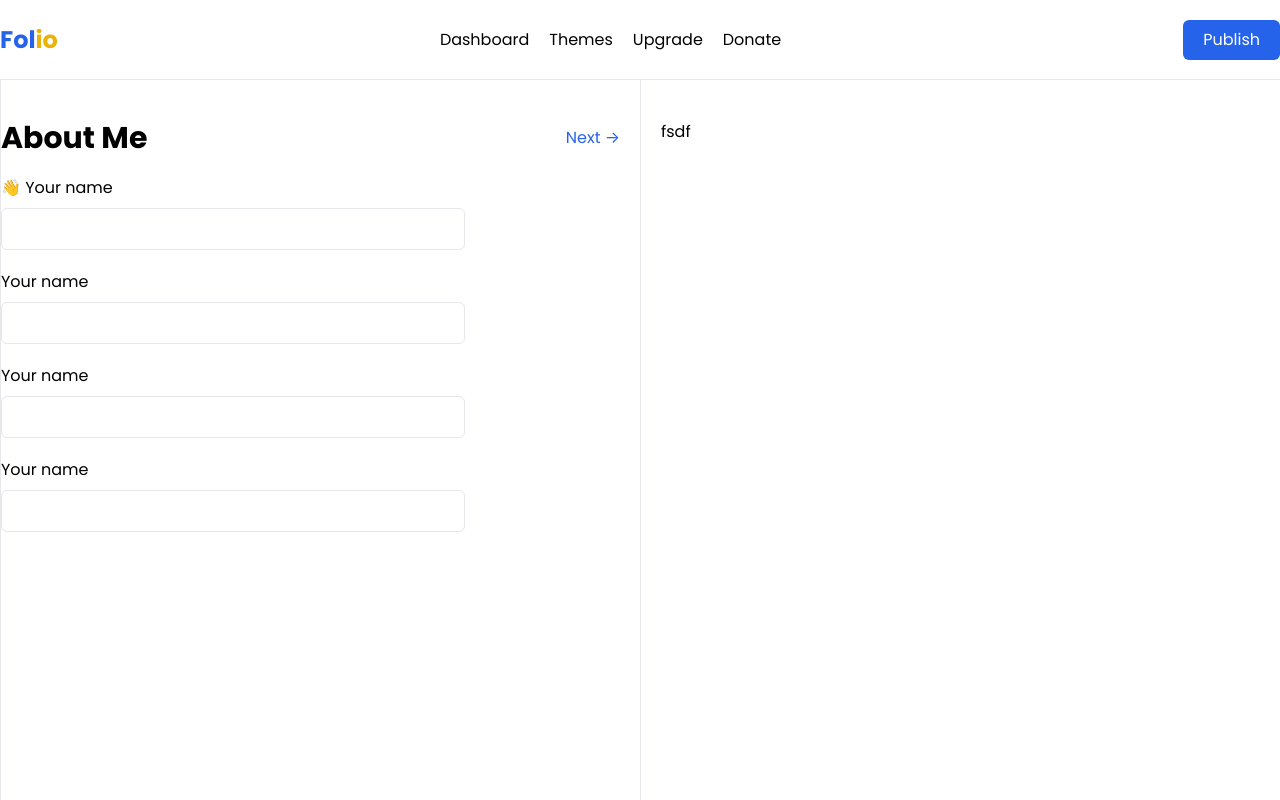
Repository: langford-dev/follio
Page: /
The author's editor kept a copy of each file at every save. The page is drawn from the files as they stood at one save, then again after the next save.
The browser window is 1280 px wide. The pictures show the whole page.
The project was rebuilt for these pictures with package versions that can differ from the ones it lists, and the page was loaded fresh each time. The framework's server and built-in components were replaced by stand-ins that run in the browser. Also part of the build but not shown: next.config.js, components/pageView.js.

Above is the page before, as saved 2022-03-19 11:01:19.

### pages/_app.js
import { AppProvider } from '../context/context'
import '../styles/globals.css'

function MyApp({ Component, pageProps }) {
  return <AppProvider>
    <Component {...pageProps} />
  </AppProvider>
}

export default MyApp

### pages/index.js
import EditView from '../components/body'
import Header from '../components/header'

export default function Home() {
  return <div>
    <Header />
    <EditView />
  </div>
}

### context/context.js
import { createContext, useEffect } from "react"

export const AppContext = createContext()

export const AppProvider = ({ children }) => {
    return <AppContext.Provider>
        {children}
    </AppContext.Provider>
}

### styles/globals.css
@import url('https://fonts.googleapis.com/css2?family=Poppins:wght@300;400;500;600;700;800&display=swap');

@tailwind base;
@tailwind components;
@tailwind utilities;


html,
body {
  /* background: #e2e8f013; */
  padding: 0;
  margin: 0;
}

a {
  color: inherit;
  text-decoration: none;
}

* {
  box-sizing: border-box;
  font-family: "Poppins", -apple-system, BlinkMacSystemFont, Segoe UI, Roboto, Oxygen,
    Ubuntu, Cantarell, Fira Sans, Droid Sans, Helvetica Neue, sans-serif;
}

### components/body.js
import PageView from "./pageView"

const styles = {
    pageView: `m-auto max-w-screen-xl h-screen pt-20`,
    title: `text-3xl font-bold`,
    flexView: `flex h-screen`,
    editingView: `w-1/2 p-5 pt-10 pl-0 border-l`,
    preview: `border-l w-1/2 p-5 pt-10`,
    inputContainer: `flex flex-col mt-5`,
    input: `border p-2 outline-none mt-2 w-9/12 rounded-md`,
    label: ``,
    textButton: `text-blue-600 cursor-pointer`,
    pageTitleView: `flex items-center justify-between`,
}

const EditView = () => {
    return <div className={styles.pageView}>
        <div className={styles.flexView}>
            <div className={styles.editingView}>
                <div className={styles.pageTitleView}>
                    <p className={styles.title}>About Me</p>
                    <p className={styles.textButton}>Next &rarr;</p>
                </div>
                <div className={styles.inputContainer}>
                    <label className={styles.label}>👋 Your name</label>
                    <input type="text" className={styles.input} />
                </div>
                <div className={styles.inputContainer}>
                    <label className={styles.label}>Your name</label>
                    <input type="text" className={styles.input} />
                </div>
                <div className={styles.inputContainer}>
                    <label className={styles.label}>Your name</label>
                    <input type="text" className={styles.input} />
                </div>
                <div className={styles.inputContainer}>
                    <label className={styles.label}>Your name</label>
                    <input type="text" className={styles.input} />
                </div>
            </div>
            <div className={styles.preview}>fsdf</div>
        </div>
    </div>
}

export default EditView

### components/header.js
import Link from "next/link"
import Logo from "./logo"

const styles = {
    header: `border-b h-20 bg-white fixed w-screen top-0 left-0`,
    headerWrapper: `m-auto max-w-screen-xl h-full flex items-center justify-between`,
    button: `bg bg-blue-600 text-white h-10 px-5 flex items-center justify-center rounded-md cursor-pointer`,
    nav: `flex`,
    navLink: `mr-5 hover:text-blue-600 cursor-pointer`,
}

const Header = () => {
    return <header className={styles.header}>
        <div className={styles.headerWrapper}>
            <Logo />
            <nav className={styles.nav}>
                <Link passHref={true} href="/"><p className={styles.navLink}>Dashboard</p></Link>
                <Link passHref={true} href="/"><p className={styles.navLink}>Themes</p></Link>
                <Link passHref={true} href="/"><p className={styles.navLink}>Upgrade</p></Link>
                <Link passHref={true} href="/"><p className={styles.navLink}>Donate</p></Link>
            </nav>
            <div className="flex items-center">
                <div className={styles.button}>Publish</div>
            </div>
        </div>
    </header>
}

export default Header

### components/logo.js
const Logo = () => {
    return <p className="font-bold text-2xl text-blue-600">Fol<span className="text-yellow-500">io</span></p>
}

export default Logo

Loaded but not shown: tailwind.config.js (common file)

After the next save:
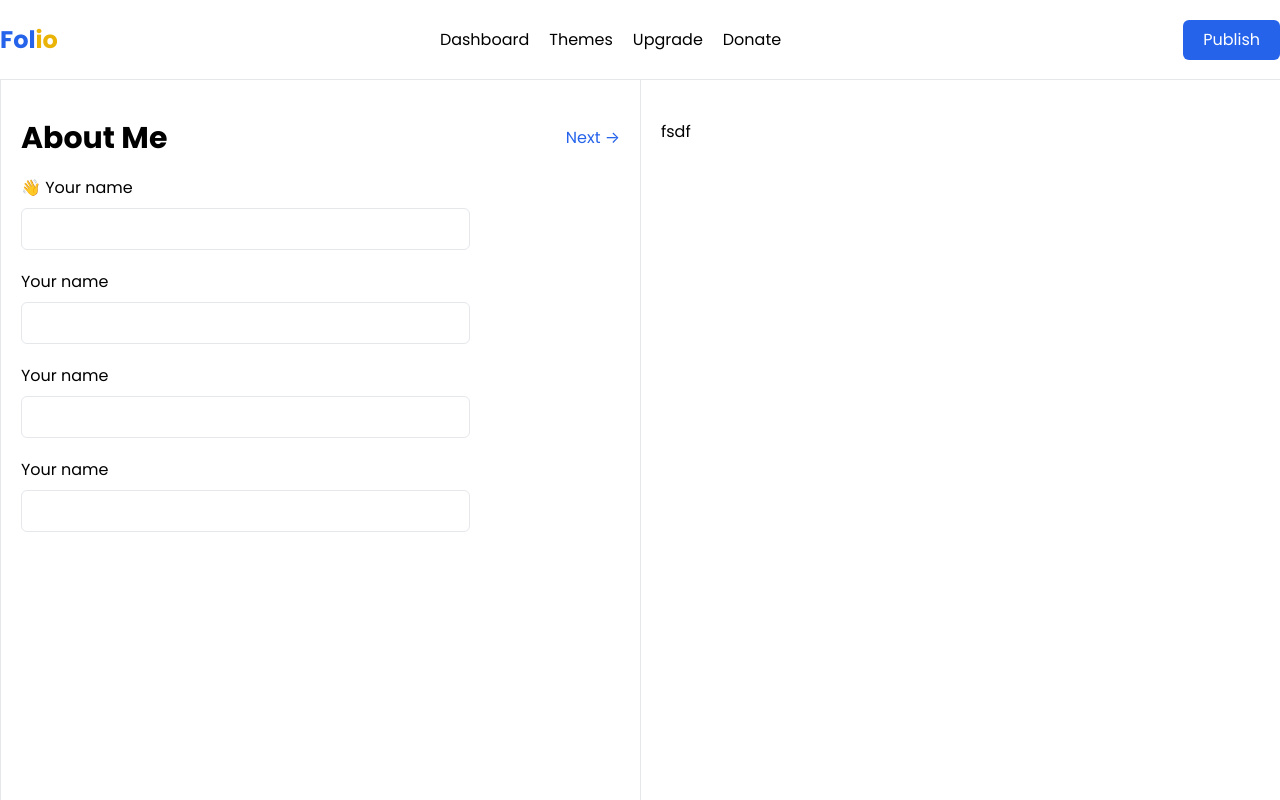
Saved 6 s later.
--- a/components/body.js
+++ b/components/body.js
@@ -4,7 +4,7 @@ const styles = {
     pageView: `m-auto max-w-screen-xl h-screen pt-20`,
     title: `text-3xl font-bold`,
     flexView: `flex h-screen`,
-    editingView: `w-1/2 p-5 pt-10 pl-0 border-l`,
+    editingView: `w-1/2 p-5 pt-10 border-l`,
     preview: `border-l w-1/2 p-5 pt-10`,
     inputContainer: `flex flex-col mt-5`,
     input: `border p-2 outline-none mt-2 w-9/12 rounded-md`,
